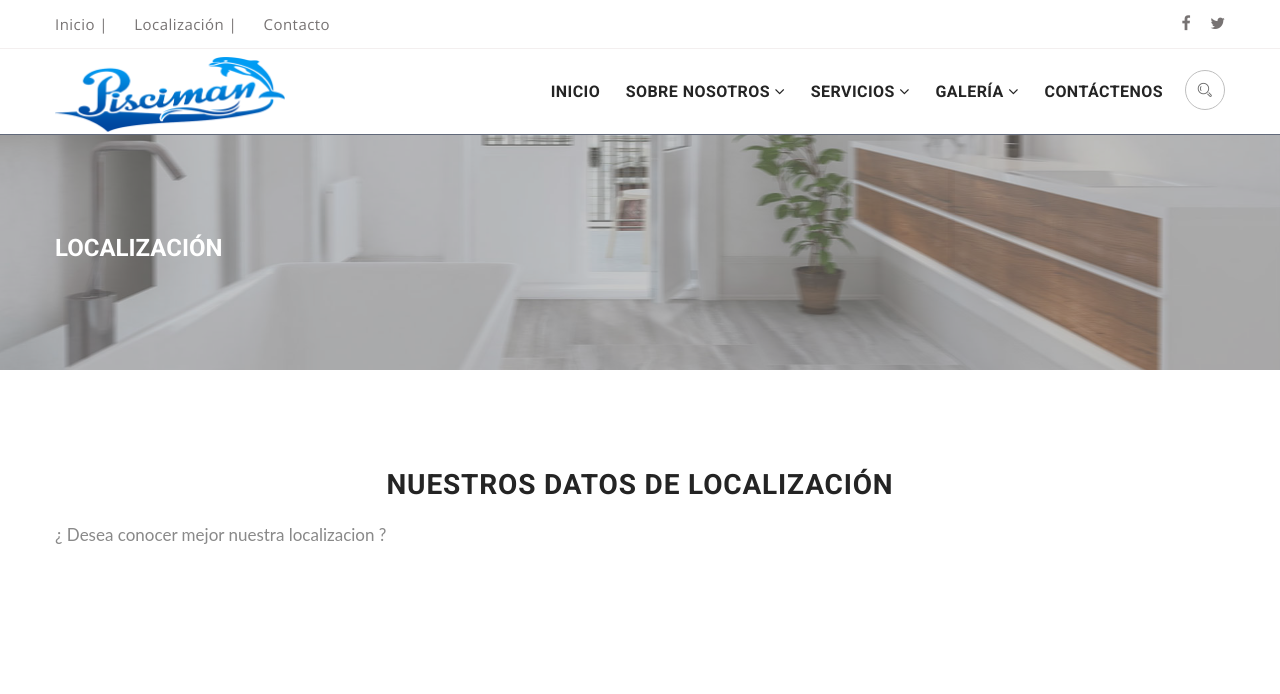
Repository: ghiovani666/piscinaMan
Page: http://localhost/localizacion.php
The author's editor kept a copy of each file at every save. The page is drawn from the files as they stood at one save, then again after the next save.
The browser window is 1280 px wide. The pictures show the part of the page from y = 0 to 694 px (the page is 1728 px tall).
Pictures or frames that could not be fetched are drawn as grey boxes. Some web libraries are served in a nearby version. The page is run by PHP 8.4 with error messages shown; the project is at /var/www/html/.

Above is the page before, as saved 2022-02-19 16:15:44.

After the next save:
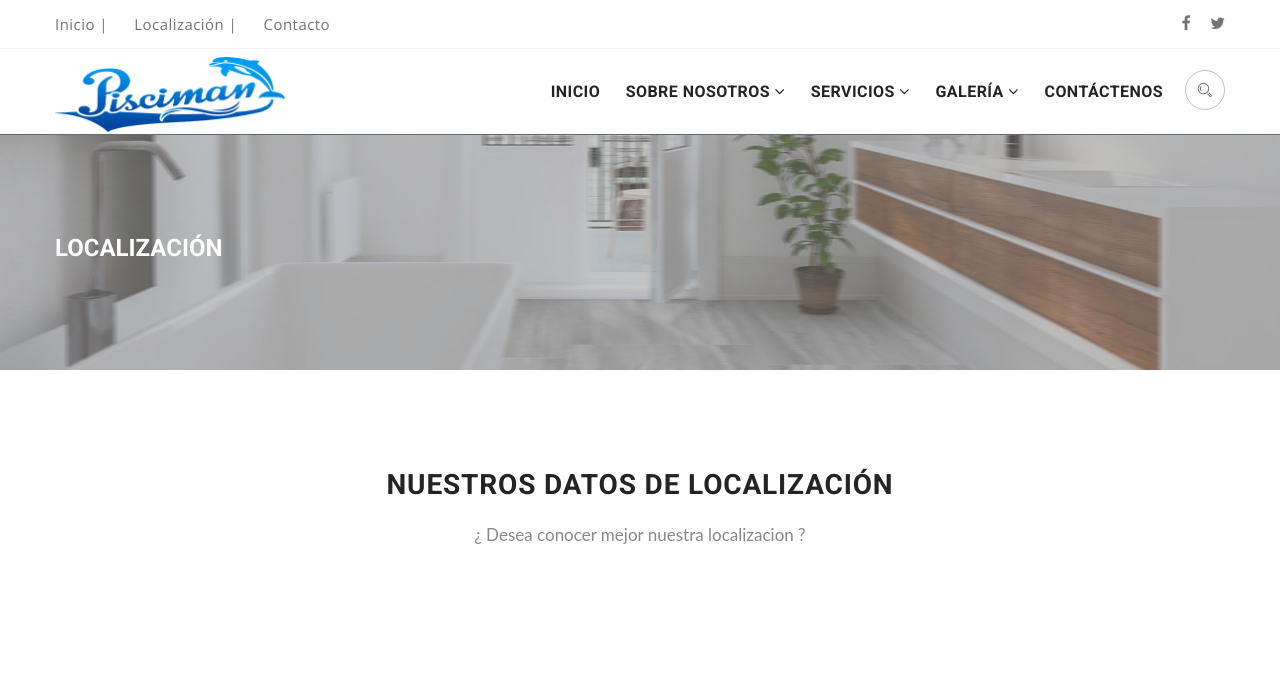
Saved 43 s later.
--- a/localizacion.php
+++ b/localizacion.php
@@ -65,7 +65,7 @@
             <div class="contact_us_inner">
                 <div class="section_title">
                     <h2>Nuestros datos de Localización</h2>
-                    <p>¿ Desea conocer mejor nuestra localizacion ?</p>
+                    <p style="text-align: center">¿ Desea conocer mejor nuestra localizacion ?</p>
                 </div>
 
             </div>
